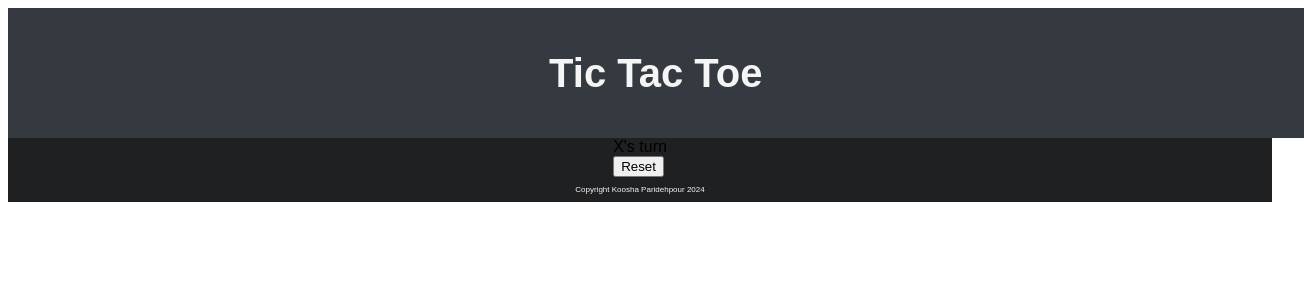
Repository: KooshaPari/odin-TTT
Page: index.html
These files come from the project's save history. The page is drawn as it stood at one moment and after the next save; the edit follows.
The browser window is 1280 px wide. The page is 1304 px wide, so the pictures cover 1304 px, including what lies to the right of the window. The pictures show the whole page.

Above is the page before, as saved 2024-03-14 22:45:42.

### index.html
<!doctype html>
<html lang="en">
  <head>
    <meta charset="UTF-8" />

    <link rel="stylesheet" href="./style.css" />
    <meta name="viewport" content="width=device-width, initial-scale=1.0" />
    <title>Document</title>
  </head>
  <body>
    <div id="parent">
      <div id="header">
        <h1>Tic Tac Toe</h1>
      </div>
      <div id="body">
        <div id="game">
          <div id="board">
            <div class="square" id="0"></div>
            <div class="square" id="1"></div>
            <div class="square" id="2"></div>
            <div class="square" id="3"></div>
            <div class="square" id="4"></div>
            <div class="square" id="5"></div>
            <div class="square" id="6"></div>
            <div class="square" id="7"></div>
            <div class="square" id="8"></div>
          </div>
          <div id="status">X's turn</div>
          <button id="reset">Reset</button>
        </div>
      </div>
      <div id="footer">
        <p>Copyright Koosha Paridehpour 2024</p>
      </div>
    </div>
  </body>
</html>

### style.css
* {
  font-family: sans-serif;
}
#parent {
  background-color: #1f2022;
  width: 100%;
  height: 100%;
}
#header {
  background-color: #353a40;
  padding: 1.25%;
  width: 100%;
  height: 100%;
}
#header h1 {
  color: #f6f5f5;

  font-size: 2.5em;
}
#footer p {
  color: #f6f5f5;
  font-size: 0.5em;
}

#header,
#footer,
#body {
  display: flex;
  align-items: center;
  justify-content: center;
}
#title {
  color: #f6f5f5;
}
#body {
  flex-direction: column;
}

After the next save:
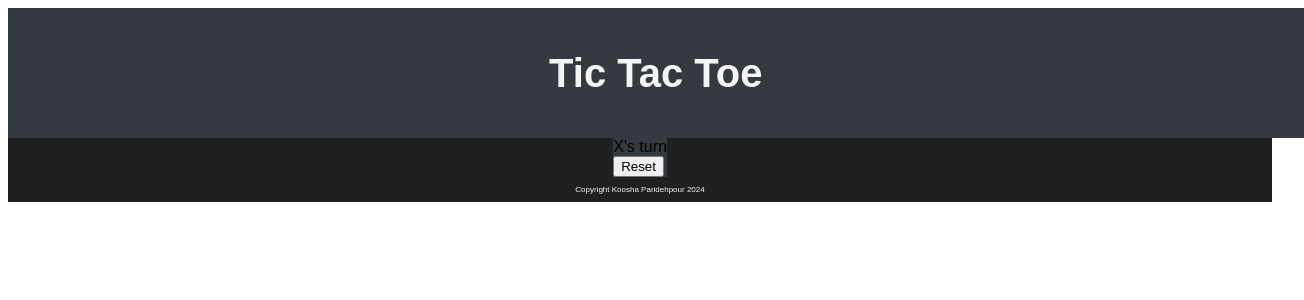
Saved 36 s later.
--- a/style.css
+++ b/style.css
@@ -35,3 +35,6 @@
 #body {
   flex-direction: column;
 }
+#game {
+  background-color: #353a40;
+}
